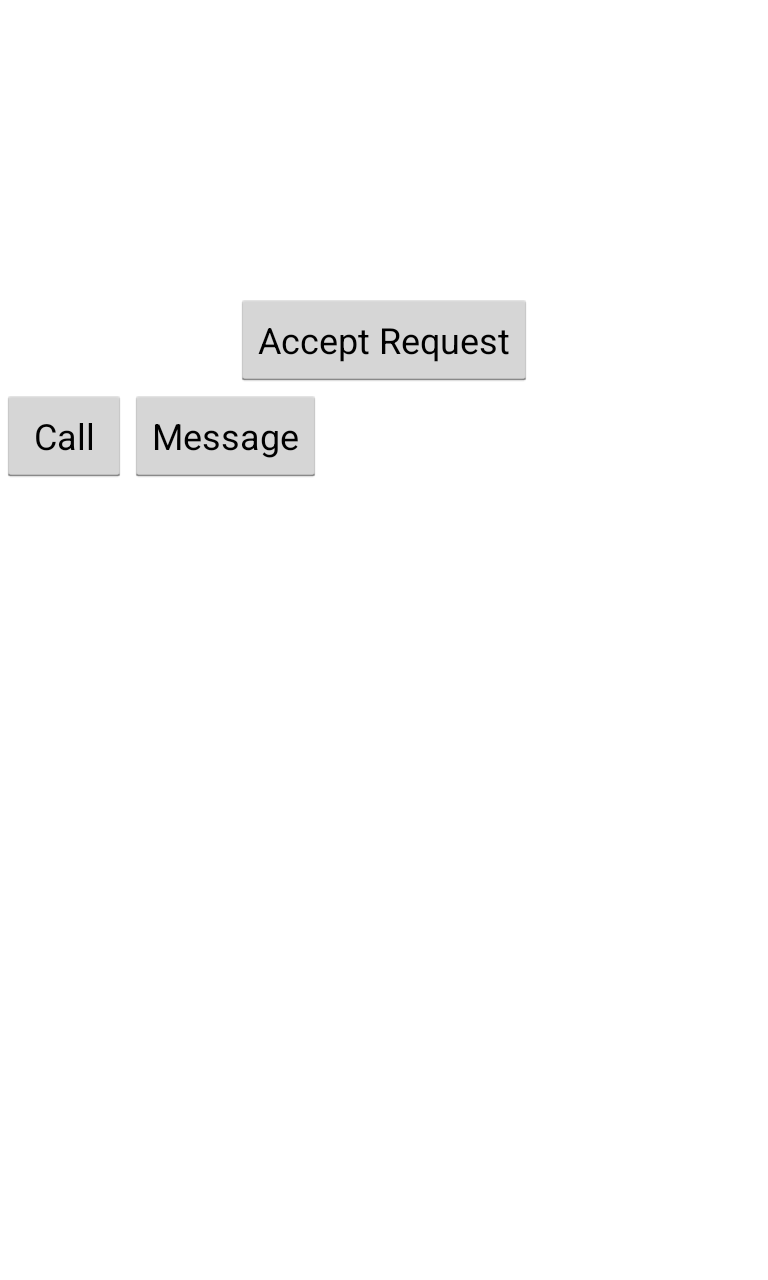
Repository: srivast6/SafeWalk
Layout: android/SafeWalk/res/layout/pop_up.xml
An editor plug-in stored every save of this project. The layout is shown before and after the next save, followed by the edit.
It is drawn on a 768 x 1280 px phone screen (xhdpi) without system bars, with theme android:Theme.Holo.Light; the app's code is not run.

Above is the layout before, as saved 2013-11-20 01:16:46.

After the next save:
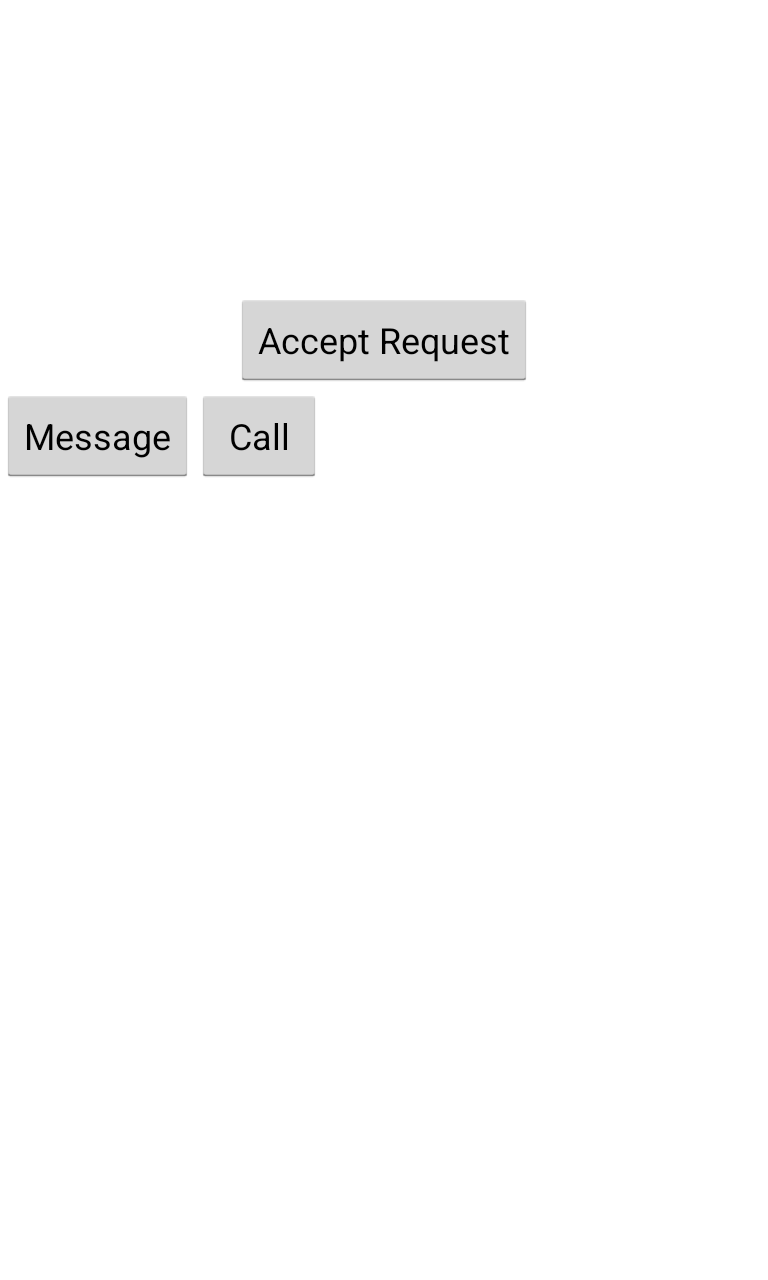
Saved 84 s later.
--- a/android/SafeWalk/res/layout/pop_up.xml
+++ b/android/SafeWalk/res/layout/pop_up.xml
@@ -16,8 +16,6 @@
             android:id="@+id/AcceptButton"
             android:layout_width="wrap_content"
             android:layout_height="wrap_content"
-            android:layout_alignParentTop="true"
-            android:layout_centerHorizontal="true"
             android:layout_marginTop="56dp"
             android:text="Accept Request" />
     </LinearLayout>
@@ -31,22 +29,19 @@
         android:orientation="horizontal" >
 
         <Button
+            android:id="@+id/mssgButton"
+            android:layout_width="wrap_content"
+            android:layout_height="wrap_content"
+            android:text="Message" />
+
+        <Button
             android:id="@+id/callButton"
             android:layout_width="wrap_content"
             android:layout_height="wrap_content"
             android:layout_alignParentBottom="true"
             android:layout_alignParentLeft="true"
-            android:layout_alignRight="@+id/linearLayout2"
+            android:layout_marginBottom="22dp"
             android:text="Call" />
-
-        <Button
-            android:id="@+id/mssgButton"
-            android:layout_width="wrap_content"
-            android:layout_height="wrap_content"
-            android:layout_alignParentBottom="true"
-            android:layout_alignParentRight="true"
-            android:layout_toRightOf="@id/callButton"
-            android:text="Message" />
     </LinearLayout>
 
 </RelativeLayout>

After the 2 saves that followed:
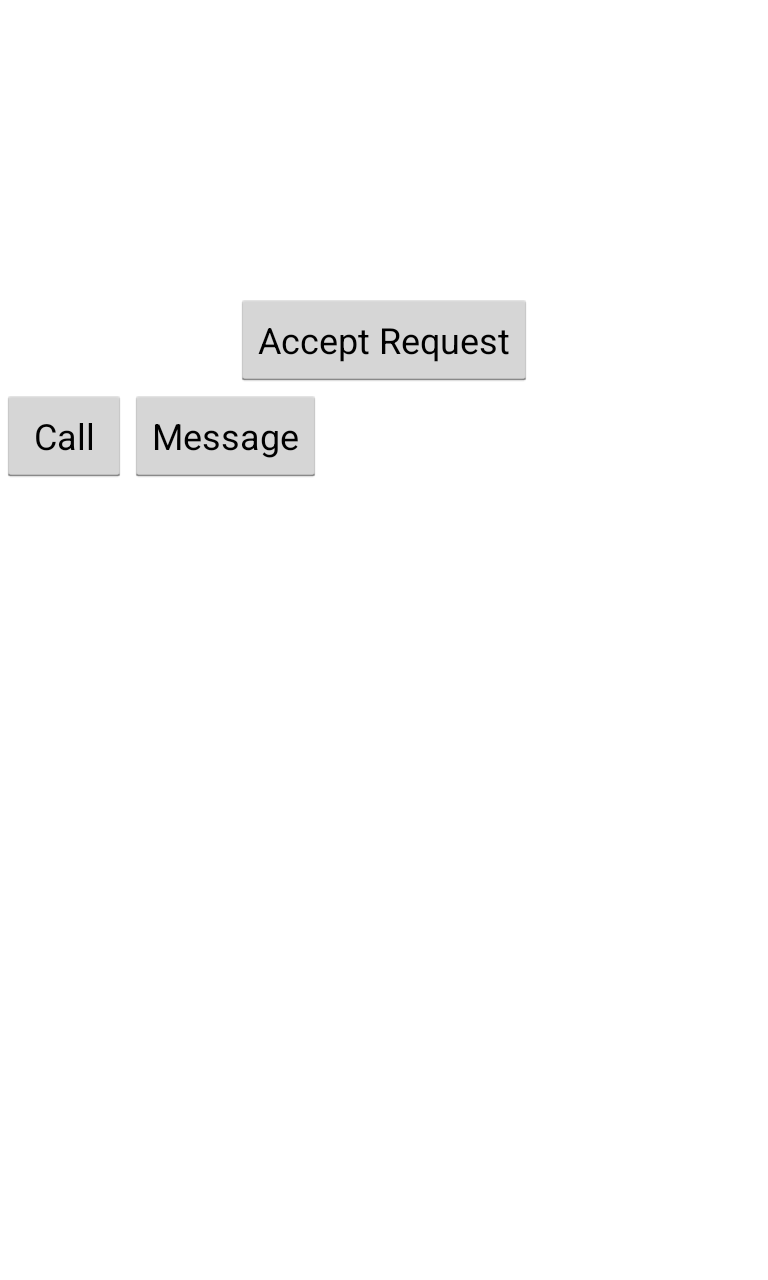
The 2 saves are shown as one change because they came seconds apart.
The last was saved 5 min 6 s later.
--- a/android/SafeWalk/res/layout/pop_up.xml
+++ b/android/SafeWalk/res/layout/pop_up.xml
@@ -29,12 +29,6 @@
         android:orientation="horizontal" >
 
         <Button
-            android:id="@+id/mssgButton"
-            android:layout_width="wrap_content"
-            android:layout_height="wrap_content"
-            android:text="Message" />
-
-        <Button
             android:id="@+id/callButton"
             android:layout_width="wrap_content"
             android:layout_height="wrap_content"
@@ -42,6 +36,12 @@
             android:layout_alignParentLeft="true"
             android:layout_marginBottom="22dp"
             android:text="Call" />
+
+        <Button
+            android:id="@+id/mssgButton"
+            android:layout_width="wrap_content"
+            android:layout_height="wrap_content"
+            android:text="Message" />
     </LinearLayout>
 
 </RelativeLayout>
